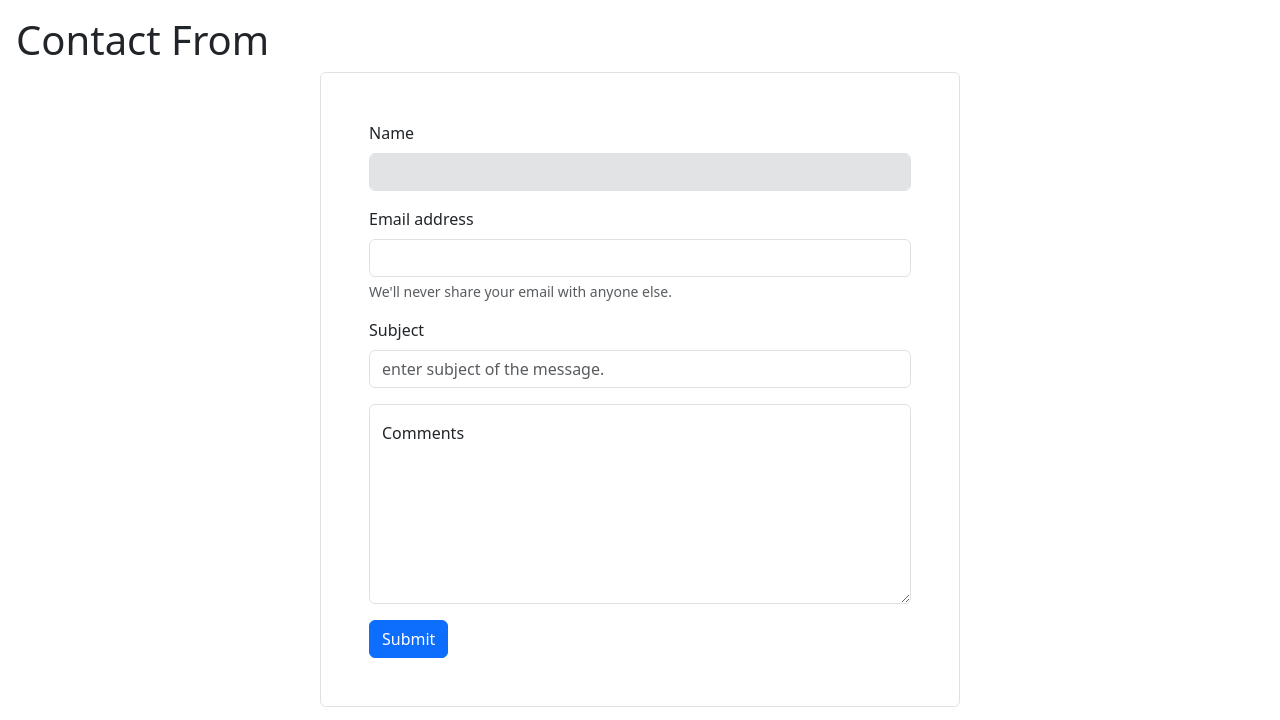
Repository: syni18/bootstrap_form
Page: index.html
The author's editor kept a copy of each file at every save. The page is drawn from the files as they stood at one save, then again after the next save.
The browser window is 1280 px wide. The pictures show the whole page.

Above is the page before, as saved 2023-10-26 15:41:03.

After the next save:
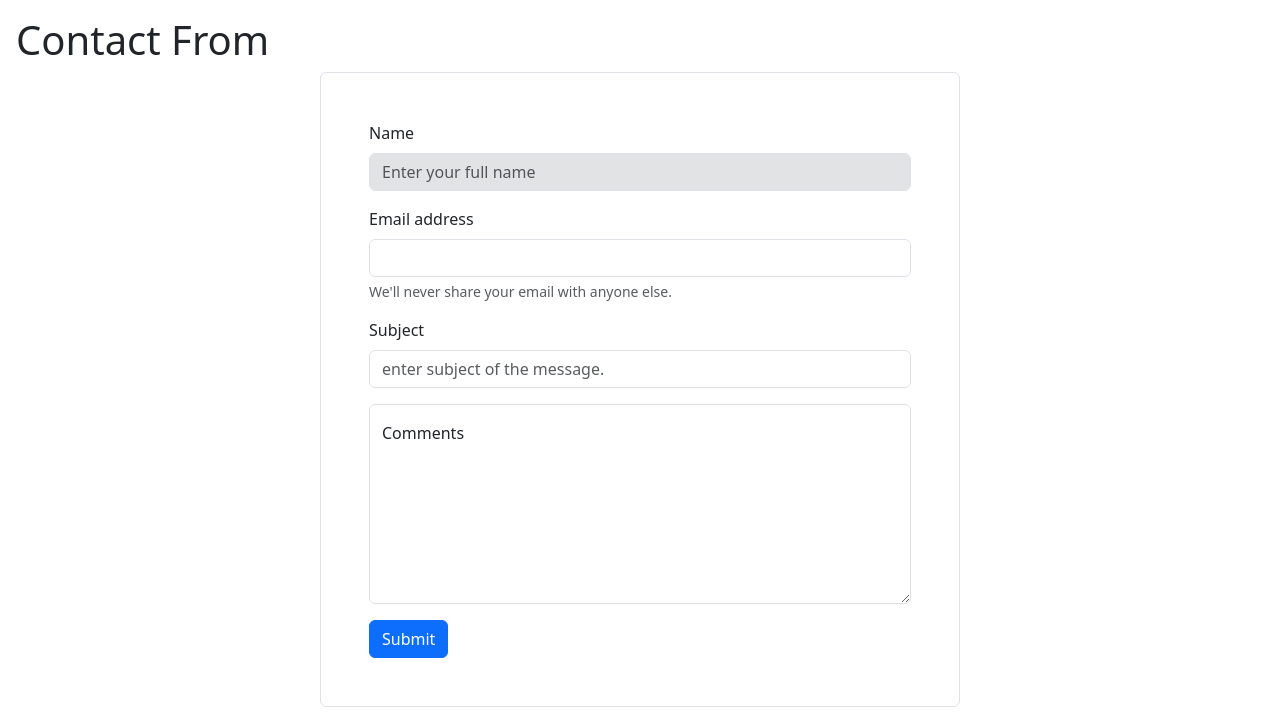
Saved 6 s later.
--- a/index.html
+++ b/index.html
@@ -12,7 +12,7 @@
   <div class="mb-3">
     <label for="exampleInputName1" class="form-label">Name</label>
     <input type="name" class="form-control bg-secondary-subtle
-" id="exampleInputName1" aria-describedby="NameHelp" placeholder="">
+" id="exampleInputName1" aria-describedby="NameHelp" placeholder="Enter your full name">
   </div>
   <div class="mb-3">
     <label for="exampleInputEmail1" class="form-label">Email address</label>
